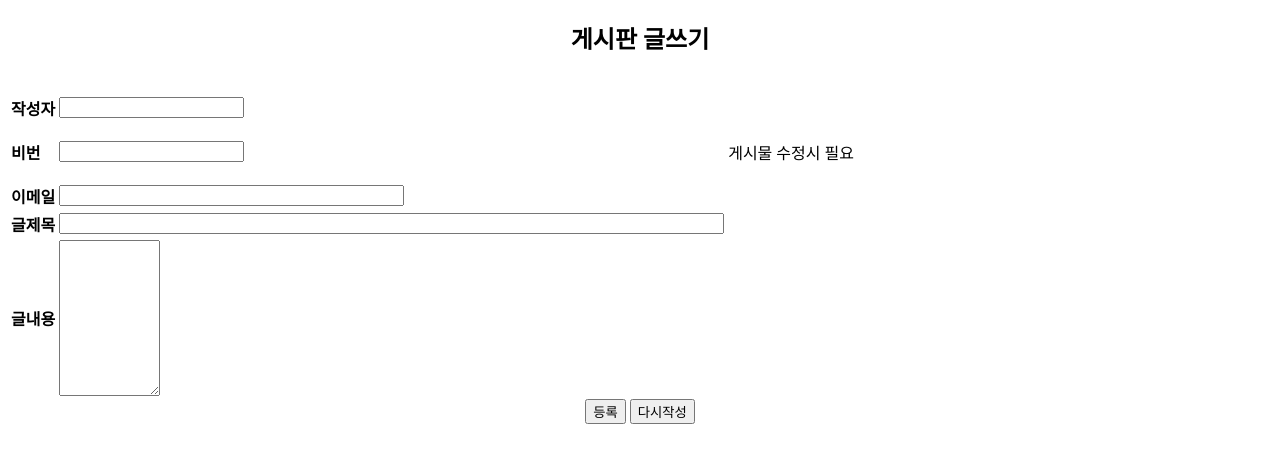
Repository: supremehappy/JSP_test02
Page: http://localhost/test/JSP_Test_06_1_boardWriteForm.jsp
The author's editor kept a copy of each file at every save. The page is drawn from the files as they stood at one save, then again after the next save.
The browser window is 1280 px wide. The pictures show the whole page.
The page is served by Tomcat 9.

Above is the page before, as saved 2017-07-17 07:19:52.

After the next save:
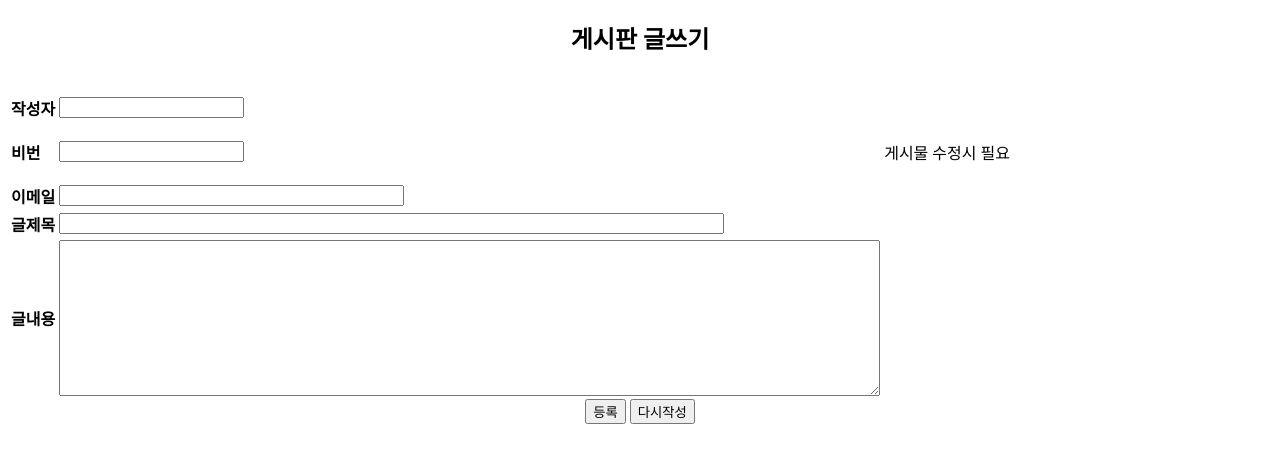
Saved 13 s later.
--- a/test/WebContent/JSP_Test_06_1_boardWriteForm.jsp
+++ b/test/WebContent/JSP_Test_06_1_boardWriteForm.jsp
@@ -38,7 +38,7 @@
 		</tr>
 		<tr>
 			<td><label><b>글내용		</b></label></td>
-			<td><textarea rows="10" cols="10" name="comment"  ></textarea></td>
+			<td><textarea rows="10" cols="100" name="comment"  ></textarea></td>
 		</tr>
 	</table>
 	<div>
